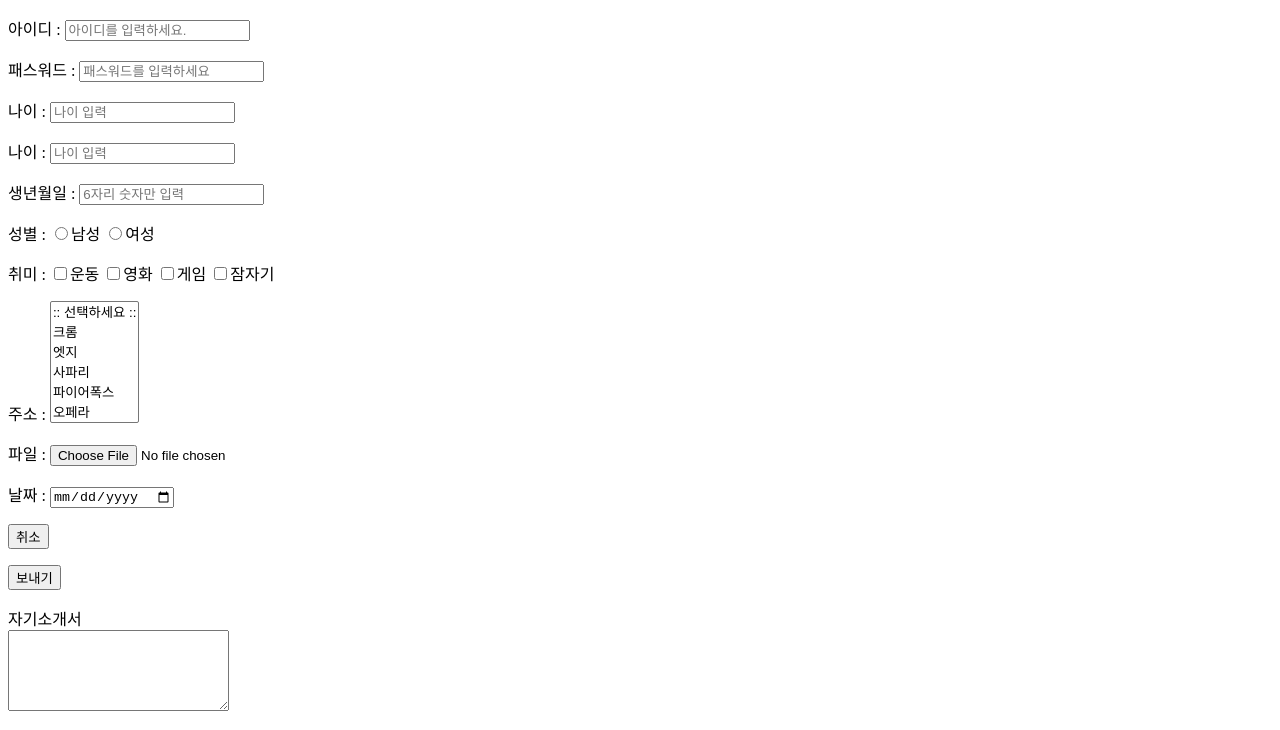
Repository: Kebiskim/2023_WebStudy
Page: 01_01_html/src/main/webapp/day04/Ex01_Form.html
These files come from the project's save history. The page is drawn as it stood at one moment and after the next save; the edit follows.
The browser window is 1280 px wide. The pictures show the whole page.

Above is the page before, as saved 2023-06-22 03:11:02.

### 01_01_html/src/main/webapp/day04/Ex01_Form.html
<!DOCTYPE html>
<html>
<head>
<meta charset="UTF-8">
<title>form 태그</title>
</head>
<body>
<!--
	form : 사용자에게 정보를 입력받아 원하는 페이지(서버)에게
		   정보를 보낸다.
	<form [action=""] [method=""] [enctype=""] auto>
		form elements(폼 요소들)
	</form>
	1. action="정보가 전달되는 페이지경로(서버경로)"
	2. method = "정보를 전달하는 방법"
		- get(생략) : 정보를 head에 담아서 보낸다.
					 적은용량만 가능, 주소창에 내용이 보인다.
					 ★ 보안에 취약, 속도는 빠르다. ex) 검색
		- post : 정보를 body에 담아서 보낸다.
				 많은용량 가능, 주소창에 내용이 보이지 않는다.
				 상대적으로 보안적이다.
	3. enctype : 파일 업로드할 때만 사용 (평소에는 생략)
	4. autocomplete : 자동완성
	5. form elements (폼 요소들) : input, label, select, textarea, datalist,
								fieldset, legend
		- input 태그의 속성들 : text, button, radio, checkbox, file, hidden
							number, password, reset, submit,
							tel, color, date, email, time, url, week,
							range, search...
		input type 속성 중 name 속성은 데이터가 전달될 때 사용되는 name임
		input type 속성 중 value속성은 데이터가 전달될 때 사용되는 값이다.
		** 데이터 전달될 때 ?name=value&name=value&name=vaule&... 식으로 전달된다.
		** 같은 이름에 value가 여러개인 경우도 같다. (단, 서버는 배열로 받아서 사용한다.)
		** radio나 checkbox의 속성 중 checked는 선택 표시가 되었다는 뜻
		** select : selected 속성을 지정하면 선택되었다는 뜻
					option 태그와 함께 사용
					size 속성은 화면에 표시되는 option 개수
					multiple 속성을 지정하면 여러개 동시에 선택가능(ctrl)
		** reset 속성은 form 태그안에 입력한 기존 정보를 삭제 (버튼형태)
		** submit 속성은 form 정보를 action이 지정한 페이지에 전달하는 역할 (버튼형태)
		--------------------------------------------------------------
		** disabled : 커서가 들어가지 않아서 입력할 수 없다.
		** readonly : 오직 읽기만 가능, 수정 안됨
		** placeholder : 입력필드(input type="text")에 힌트표시
		** pattern : [0-9(숫자만)] {3(자릿수)} [A-Za-z(대소문자)]
					ex) 전화번호 : [0-9]{3}-[0-9]{4}-[0-9]{4}
		** required : 반드시 입력해야 하는 태그에 붙이는 속성 (회원가입할 때 필수사항 등)
						입력 안하면 "이 입력란을 입력하세요" 나옴
		** javascript 전까지는 submit 속성을 이용해서 데이터 전달
		** javascript 에서는 input type=button 속성에 onclick을 이용해서 데이터 전달할수 있다.
			(태그 속성 중 onXXXXX는 자바스크립트의 함수를 호출할 수 있다.)
 -->
	 <!-- ☆ 아래 method가 get이면 주소창에 내용이 들어가지만, post일 때는 안 들어간다. (개인정보 있으면 무조건 post) -->
	 <!-- autocomplete : 자동완성 -->
 	<form action="Ex01_Form.html" method="get" autocomplete="on">
 		<p>아이디 : <input type="text" name="id" placeholder="아이디를 입력하세요." required maxlength="10"></p>
 		<p><label>패스워드 : </label>
 		<!-- required="required" 인 경우는 = 뒤 생략 가능 -->
 		<!-- input type="password" 는 한줄 입력, 사용자가 입력한 정보가 value가 된다.
 			입력한 내용이 점(●)으로 나타난다.
 		-->
 			<input type="password" name="pw" placeholder="패스워드를 입력하세요" required>
 		</p>
 			<!-- number는 숫자만 받을 수 있다. maxlength="3" X -->
 		<p>나이 : <input type="number" name="age" placeholder="나이 입력" maxlength="3"></p>
 			<!-- text는 maxlength="3" O, pattern="[0-9]{3} O => submit 눌렀을때 체크함. -->
 		<!-- 요청한 형식과 일치시키세요. -->
 		<p>나이 : <input type="text" name="age" placeholder="나이 입력" maxlength="3" pattern="[0-9]{3}"></p>
 		<p>생년월일 : <input type="text" name="birth" placeholder="6자리 숫자만 입력"
 					pattern="[0-9]{6}"></p>
 		<p> 성별 :
	 		<!-- radio, checkbox, select 등은 value를 직접 입력하자. -->
	 		<!-- 서버에서 받았을 때, 처리 편하게 1 or 2로 작성 -->
	 		<!-- <input type="radio" name="gender" value="남성">남성 -->
	 		<input type="radio" name="gender" value="1">남성
	 		<!-- <input type="radio" name="gender" value="여성">여성 -->
	 		<input type="radio" name="gender" value="2">여성
	 	</p>
	 	<p> 취미 :
	 		<!-- radio, checkbox, select 등은 name, value를 직접 입력하자. -->
	 		<!-- checkbox도 name 하나로 지정한다. 여러개를 선택하면 서버에서는 배열로 받아야 한다. -->
	 		<input type="checkbox" name="hobby" value="1">운동
	 		<input type="checkbox" name="hobby" value="2">영화
	 		<input type="checkbox" name="hobby" value="3">게임
	 		<input type="checkbox" name="hobby" value="4">잠자기
	 	</p>
	 	<p> 주소 :
		 	<!-- multiple => 여러개 선택 가능 -->
	 		<select name="browser" multiple size="6">
	 			<option>:: 선택하세요 ::</option>
	 			<option value="1">크롬</option>
	 			<option value="2">엣지</option>
	 			<option value="3">사파리</option>
	 			<!-- value값 안쓰면 텍스트가 value값이 된다. -->
	 			<option>파이어폭스</option>
	 			<option>오페라</option>
	 		</select>
	 	</p>
	 	<!-- 파일 업로드할 때 사용, 반드시 <form enctype을 입력해야 한다.> -->
	 	<p> 파일 : <input type="file" name="file"></p>
	 	<p> 날짜 : <input type="date" name="date"></p>

		<!-- reset, submit 버튼 글자 바꾸기 -->
 		<p><input type="reset" value="취소"></p>
 		<p><input type="submit" value="보내기"></p>

 		<p>자기소개서<br>
 			<!-- 여러 줄의 텍스트를 입력할 때 사용 -->
 			<textarea rows="5" cols="25"></textarea>
 		</p>
 		<input type="hidden"  name="page" value="2">


 		</p>
 	</form>
</body>
</html>

After the next save:
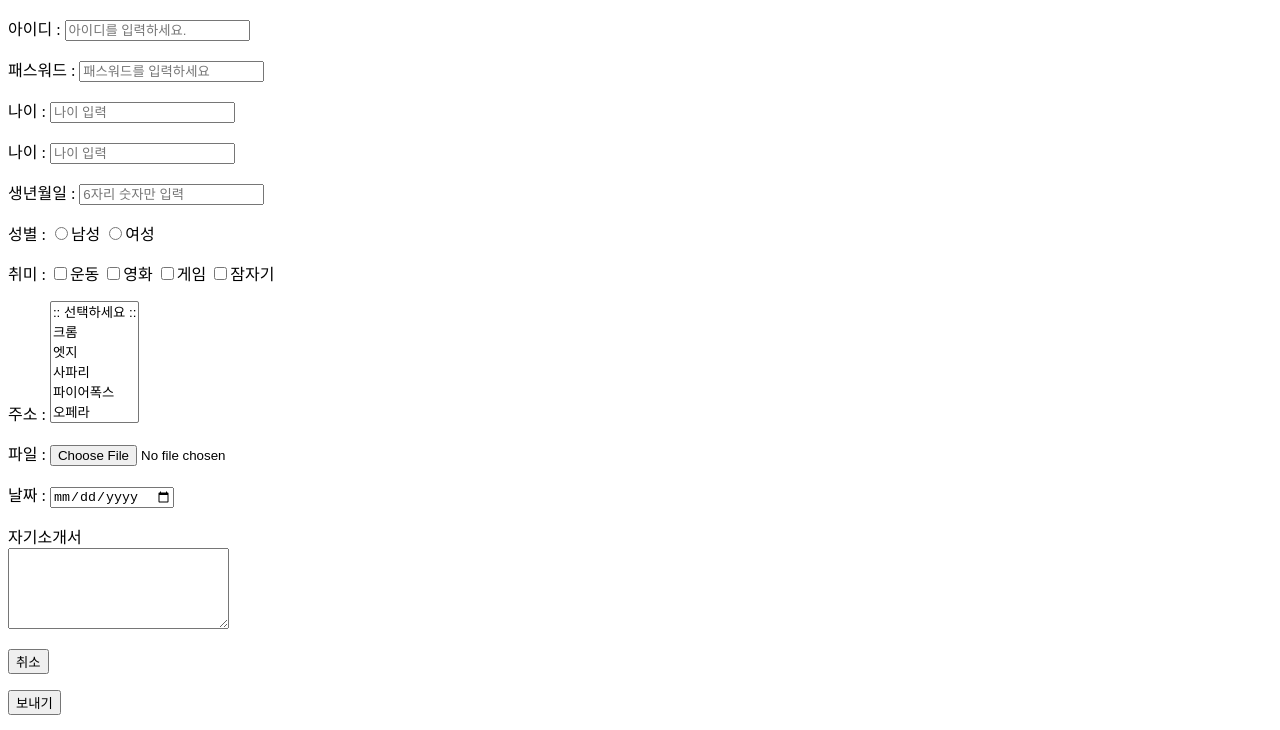
Saved 24 min 22 s later.
--- a/01_01_html/src/main/webapp/day04/Ex01_Form.html
+++ b/01_01_html/src/main/webapp/day04/Ex01_Form.html
@@ -100,18 +100,18 @@
 	 	<p> 파일 : <input type="file" name="file"></p>
 	 	<p> 날짜 : <input type="date" name="date"></p>
 
-		<!-- reset, submit 버튼 글자 바꾸기 -->
- 		<p><input type="reset" value="취소"></p>
- 		<p><input type="submit" value="보내기"></p>
+
 
  		<p>자기소개서<br>
  			<!-- 여러 줄의 텍스트를 입력할 때 사용 -->
  			<textarea rows="5" cols="25"></textarea>
  		</p>
+ 		<!-- 화면에는 안보이면서 이름과 값을 원하는 페이지에 넘길 때 사용 -->
  		<input type="hidden"  name="page" value="2">
 
-
- 		</p>
+		<!-- reset, submit 버튼 글자 바꾸기 -->
+ 		<p><input type="reset" value="취소"></p>
+ 		<p><input type="submit" value="보내기"></p>
  	</form>
 </body>
 </html>
